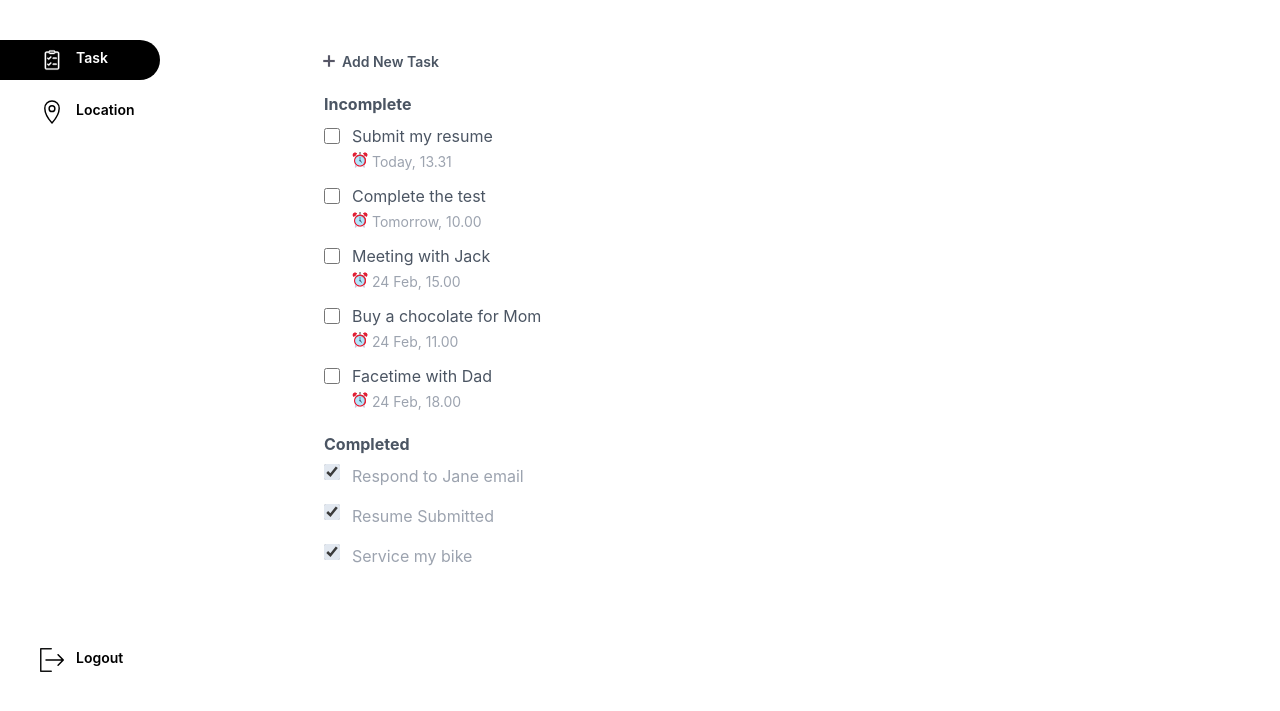
Repository: AroobaFatimah/Todo_App
Page: /tasks
An editor plug-in stored every save of this project. The page is shown before and after the next save, followed by the edit.
The browser window is 1280 px wide. The pictures show the whole page.
The project was rebuilt for these pictures with package versions that can differ from the ones it lists, and the page was loaded fresh each time. Also part of the build but not shown: src/components/password_input_field/index.js, src/pages/login/index.js, src/components/locations/index.js, src/pages/location/index.js, src/pages/signup/index.js. Imported but missing from the stored project, and not drawn on this page: src/components/button, src/components/input.

Above is the page before, as saved 2023-08-28 00:58:04.

### src/App.js

import './App.css';
import { Login } from "./pages/login"
import { TasksPage } from './pages/tasks_page';
import { LocationsPage } from './pages/location';
import { Signup } from "./pages/signup"
import {
  createBrowserRouter,
  RouterProvider,
  Route,
  Link,
  Routes,
} from "react-router-dom";
const router = createBrowserRouter([
  {
    path: "/",
    element: <Login></Login>,
  },
  {
    path: "/tasks",
    element: <TasksPage />,
  },
  {
    path: "/location",
    element: <LocationsPage />,
  },
  {
    path: "/signup",
    element: <Signup />,
  },

]);
function App() {
  return (
    <div>
      <RouterProvider router={router} />
    </div>
  );
}

export default App;

### src/pages/tasks_page/index.js
import React from 'react'
import { SideBar } from '../../components/sideBar'
import { Tasks } from '../../components/tasks'
export const TasksPage = () => {
    return (
        <>
            <div className='flex mt-5 mb-5'>
                <SideBar link1={"/tasks"} link2={"/location"} button1Styling="font-semibold flex bg-black w-1/2  px-4 py-2 pl-10 text-sm text-white rounded-full rounded-l-none mb-3" button2Styling='font-semibold flex w-1/2 px-4 py-2 pl-10 text-center text-sm ' button1IconClr="#fff" button2IconClr="#000"></SideBar>
                <Tasks></Tasks>
            </div>
        </>
    )
}

### src/components/sideBar/index.js
import React from 'react'
import { Link } from 'react-router-dom'

export const SideBar = ({ link1, link2, button1Styling, button2Styling, button1IconClr, button2IconClr }) => {
    return (
        <>
            <div className='md:w-1/2 lg:w-1/4 mt-5 mb-5 max-md:hidden'>
                <Link to={link1}><button className={`mb-2 ${button1Styling}`}><svg className='mr-3 stroke-5' fill="none" viewBox="0 0 20 20" width="24" height="24" xmlns="http://www.w3.org/2000/svg" ><path stroke={button1IconClr} stroke-width='0.3' d="M9.35355 7.85356C9.54881 7.65831 9.54882 7.34172 9.35357 7.14646C9.15831 6.95119 8.84173 6.95118 8.64646 7.14644L7.23436 8.55847L6.8372 8.19572C6.6333 8.0095 6.31704 8.02382 6.13081 8.22772C5.94459 8.43162 5.95891 8.74788 6.16281 8.9341L6.91281 9.6191C7.11021 9.79939 7.41451 9.79251 7.60355 9.60347L9.35355 7.85356ZM9.35357 12.1465C9.54882 12.3417 9.54881 12.6583 9.35355 12.8536L7.60355 14.6035C7.41451 14.7925 7.11021 14.7994 6.91281 14.6191L6.16281 13.9341C5.95891 13.7479 5.94459 13.4316 6.13081 13.2277C6.31704 13.0238 6.6333 13.0095 6.8372 13.1957L7.23436 13.5585L8.64646 12.1464C8.84173 11.9512 9.15831 11.9512 9.35357 12.1465ZM11 13C10.7239 13 10.5 13.2239 10.5 13.5C10.5 13.7761 10.7239 14 11 14H13.5C13.7761 14 14 13.7761 14 13.5C14 13.2239 13.7761 13 13.5 13H11ZM10.5 8.5C10.5 8.22386 10.7239 8 11 8H13.5C13.7761 8 14 8.22386 14 8.5C14 8.77614 13.7761 9 13.5 9H11C10.7239 9 10.5 8.77614 10.5 8.5ZM8.5 2C7.84689 2 7.29127 2.4174 7.08535 3H5.5C4.67157 3 4 3.67157 4 4.5V16.5C4 17.3284 4.67157 18 5.5 18H14.5C15.3284 18 16 17.3284 16 16.5V4.5C16 3.67157 15.3284 3 14.5 3H12.9146C12.7087 2.4174 12.1531 2 11.5 2H8.5ZM8 3.5C8 3.22386 8.22386 3 8.5 3H11.5C11.7761 3 12 3.22386 12 3.5C12 3.77614 11.7761 4 11.5 4H8.5C8.22386 4 8 3.77614 8 3.5ZM5.5 4H7.08535C7.29127 4.5826 7.84689 5 8.5 5H11.5C12.1531 5 12.7087 4.5826 12.9146 4H14.5C14.7761 4 15 4.22386 15 4.5V16.5C15 16.7761 14.7761 17 14.5 17H5.5C5.22386 17 5 16.7761 5 16.5V4.5C5 4.22386 5.22386 4 5.5 4Z" fill={button1IconClr} /></svg>Task</button></Link>
                <Link to={link2}><button className={button2Styling}><svg className='mr-3' enable-background="new 0 0 50 50" height="24px" id="Layer_1" version="1.1" viewBox="0 0 50 50" width="24px" xmlns="http://www.w3.org/2000/svg"><path d="M40,17  c0,13.604-15,31-15,31S10,30.928,10,17c0-8.285,6.715-15,15-15C33.284,2,40,8.715,40,17z" fill="none" stroke={button2IconClr} stroke-linejoin="round" stroke-miterlimit="10" stroke-width="3" /><circle cx="25" cy="18" fill="none" r="6" stroke={button2IconClr} stroke-linejoin="round" stroke-miterlimit="10" stroke-width="3" /></svg>Location</button></Link>
                <Link to={"/"}><button className='absolute bottom-10 font-semibold flex w-1/2 px-4 py-2 pl-10 text-center text-sm '><svg className='mr-3' enable-background="new 0 0 24 24" height="24px" version="1.1" viewBox="0 0 32 32" width="24px" xmlns="http://www.w3.org/2000/svg"><path d="M15,30H2V2h13c0.552,0,1-0.448,1-1s-0.448-1-1-1H1C0.448,0,0,0.448,0,1v30c0,0.552,0.448,1,1,1h14   c0.552,0,1-0.448,1-1S15.552,30,15,30z" fill="#121313" /><path d="M31.71,15.302l-6.9-6.999c-0.391-0.395-1.024-0.394-1.414,0c-0.391,0.394-0.391,1.034,0,1.428l5.2,5.275   H8.003c-0.552,0-1,0.452-1,1.01c0,0.558,0.448,1.01,1,1.01h20.593l-5.2,5.275c-0.391,0.395-0.391,1.034,0,1.428   c0.391,0.395,1.024,0.395,1.414,0l6.899-6.999C32.095,16.341,32.099,15.69,31.71,15.302z" fill="#000" /></svg>Logout</button></Link>
            </div>
        </>
    )
}

### src/components/tasks/index.js
import React from 'react'
import { useState } from 'react'
import { useEffect } from 'react'
import clockIcon from "./alarmClockIcon.png"
import SummaryIcon from "./summaryIcon.png"
import DescriptionIcon from "./descriptionIcon.png"
import ClockIcon from "./dueDateIcon.png"
import AlarmClock from "./alarm-clock.png"
import Menu from "./menu.png"

import { MobileMenu } from '../mobileMenu'

export const Tasks = ({ checked }) => {
    let tasks = [
        {
            id: 1,
            summary: "Submit my resume",
            desc: "Send resume to head office",
            deadline: "Today, 13.31"
        },
        {
            id: 2,
            summary: "Complete the test",
            desc: "Complete the test and submit",
            deadline: "Tomorrow, 10.00"
        },
        {
            id: 3,
            summary: "Meeting with Jack",
            desc: "Meeting with Jack on google meet",
            deadline: "24 Feb, 15.00"
        },
        {
            id: 4,
            summary: "Buy a chocolate for Mom",
            desc: "Go to shop to buy a chocolate for Mom",
            deadline: "24 Feb, 11.00"
        },
        {
            id: 5,
            summary: "Facetime with Dad",
            desc: "Facetime with Dad",
            deadline: "24 Feb, 18.00"
        },
    ];
    let completedTasks = [
        {
            id: 1,
            summary: "Respond to Jane email",
            deadline: "Today, 17:00"
        },
        {
            id: 2,
            summary: "Resume Submitted",
            deadline: "Today, 17:00"
        },
        {
            id: 3,
            summary: "Service my bike",
            deadline: "Today, 17:00"
        },
    ]

    let [clicked, setClicked] = useState(false);
    let [summary, setSummary] = useState("");
    let [description, setDescription] = useState("");
    let [dueDate, setDueDate] = useState("");
    let addTask = (event) => {
        event.preventDefault();
        let obj = {
            id: items[items.length - 1].id + 1,
            summary: summary,
            desc: description,
            deadline: dueDate
        }
        console.log(obj);
        items.push(obj);
        setItems([...items]);
        setIsModalOpen(false);
    }

    const [isModalOpen, setIsModalOpen] = useState(false);
    let closeModal = () => {
        setIsModalOpen(false);
        setSummary("");
        setDescription("");
        setDueDate("");
    }
    let selectedItemIndex;
    const [items, setItems] = useState(tasks);
    const [completedItems, setCompletedItems] = useState(completedTasks);
    let [selectedItem, setSelectedItem] = useState({});
    let [unCheck, setUnCheck] = useState(true);
    let moveTaskToIncompletedTaskList = (id) => {
        if (unCheck) {
            //setUnCheck(false);
            selectedItem = completedItems.find(item => item.id === id);
            selectedItemIndex = completedItems.indexOf(selectedItem);
            completedItems.splice(selectedItemIndex, 1);
            setCompletedItems([...completedItems])
            selectedItem.id = items[items.length - 1].id + 1
            items.push(selectedItem);
            setItems([...items]);
        }
    }

    let taskCompleted = (id) => {
        selectedItem = items.find(item => item.id === id);
        selectedItemIndex = items.indexOf(selectedItem);
        items.splice(selectedItemIndex, 1);
        setItems([...items]);
        selectedItem.id = completedItems[completedItems.length - 1].id + 1
        completedItems.push(selectedItem);
        setCompletedItems([...completedItems]);
    }

    let [showAlarm, setShowAlarm] = useState(false);
    let [closeAlarm, setCloseAlarm] = useState(false);
    let [alarmSummary, setAlarmSummary] = useState("Submit Resume")
    let [alarmDesc, setAlarmDesc] = useState("Send resume to head office!")
    let [remindMeLater, setRemindMeLater] = useState(false);
    // let ShowAlarm = () => {
    //     let itemSelectedForAlarm;
    //     let d = new Date();
    //     let months = ["Jan", "Feb", "Mar", "Apr", "May", "Jun", "Jul", "Aug", "Sep", "Oct", "Nov", "Dec"]
    //     let currentDay = `${d.getDate()}-${months[d.getMonth()]}`;
    //     let currentTime = `${d.getHours()}:${d.getMinutes()}`
    //     let currentDate = `${currentDay}, ${currentTime}`
    //     console.log(currentDate)
    //     itemSelectedForAlarm = items.find(item => (currentDate == item.deadline))
    //     console.log(itemSelectedForAlarm)
    //     if (itemSelectedForAlarm == undefined) {
    //         setShowAlarm(false);
    //     }
    //     else {
    //         setShowAlarm(true)
    //         setAlarmSummary(itemSelectedForAlarm.summary)
    //         setAlarmDesc(itemSelectedForAlarm.desc)
    //         if (closeAlarm) {
    //             setShowAlarm(false);
    //         }
    //     }
    // }

    let ShowAlarm = () => {
        const currentDate = new Date();
        const currentYear = currentDate.getFullYear();
        const currentMonth = currentDate.getMonth();
        const currentDay = currentDate.getDate();
        const currentHour = currentDate.getHours();
        const currentMinute = currentDate.getMinutes();
        items.map(item => {
            let taskDeadline = item.deadline;
            if (!(taskDeadline instanceof Date)) {
                taskDeadline = new Date(taskDeadline);
            }
            const taskYear = taskDeadline.getFullYear();
            const taskMonth = taskDeadline.getMonth();
            const taskDay = taskDeadline.getDate();
            const taskHour = taskDeadline.getHours();
            let taskMinute = taskDeadline.getMinutes();

            if (currentYear == taskYear && currentMonth == taskMonth && currentDay == taskDay && currentHour == taskHour && currentMinute == taskMinute) {
                setShowAlarm(true)
                setAlarmSummary(item.summary)
                setAlarmDesc(item.desc)
                if (closeAlarm) {
                    setShowAlarm(false);
                }
            }
            else {
                setShowAlarm(false);
            }
        });
    }

    useEffect(() => {
        const intervalId = setInterval(ShowAlarm, 60000); // 60000 ms = 1 minute
        return () => {
            clearInterval(intervalId);
        };
    }, []);

    let [mobileMenu, setMobileMenu] = useState(false);
    return (
        <>
            {/*start menu for mobile and tablet */}
            <div className='fixed top-0 left-0 w-full flex justify-between items-center md:hidden bg-black text-white px-5 py-3'>
                <h2>Todo App</h2>
                <div className='w-5 h-5 '>
                    <img src={Menu} onClick={() => setMobileMenu(true)}></img>
                    <MobileMenu setMobileMenu={setMobileMenu} mobileMenu={mobileMenu} link1={"/tasks"} link2={"/location"} button1Styling="font-semibold flex bg-black w-full px-4 py-2 justify-center text-sm text-white mb-3" button2Styling='font-semibold flex w-full justify-center px-4 py-2 pl-10 text-center text-sm text-black ' button1IconClr="#fff" button2IconClr="#000" />
                </div>
            </div>
            {/*end menu for mobile and tablet */}
            <div className='flex w-3/4 '>
                <div className=' mt-8 mb-5 max-md:pl-5 max-md:mt-16'>
                    <button onClick={() => { setIsModalOpen(true) }} className="flex bg-white font-semibold text-sm text-gray-600" ><svg className='mr-1' enable-background="new 0 0 18 18" height="18px" id="Layer_1" version="1.1" viewBox="0 0 50 50" width="18px" xmlns="http://www.w3.org/2000/svg" ><rect fill="none" height="50" width="50" /><line fill="none" stroke="#575767" stroke-miterlimit="10" stroke-width="6" x1="9" x2="41" y1="25" y2="25" /><line fill="none" stroke="#575767" stroke-miterlimit="10" stroke-width="6" x1="25" x2="25" y1="9" y2="41" /></svg>Add New Task</button>
                    <div className='mt-5 ml-1'>
                        <h3 className='font-bold text-gray-600 mb-2'>Incomplete</h3>
                        <ul>
                            {items.map((item, index) => {
                                return (
                                    <>
                                        <li className='flex mb-3'>
                                            <input onClick={() => taskCompleted(item.id)} checked={(clicked) ? checked : ""} className='w-4 h-4 rounded-sm border border-gray-200 bg-gray-100 accent-slate-50 mr-3 mt-1' type='checkbox'></input>
                                            <div onClick={() => {
                                                setShowAlarm(true)
                                                setAlarmSummary(item.summary)
                                                setAlarmDesc(item.desc)
                                                if (closeAlarm) {
                                                    setShowAlarm(false);
                                                }
                                            }}>
                                                <h3
                                                    className='mb-1 text-semibold text-gray-600'>{item.summary}</h3>
                                                <div className='flex'>
                                                    <div className='w-5 h-5'>
                                                        <img src={AlarmClock} width={16} height={16} />
                                                    </div>
                                                    <h4 className=' text-sm text-gray-400'>{item.deadline}</h4>
                                                </div>
                                            </div>
                                        </li></>)
                            })}
                        </ul>
                    </div>
                    <div className='mt-5 ml-1'>
                        <h3 className='font-bold text-gray-600 mb-2'>Completed</h3>
                        <ul>
                            {completedItems.map(item => {
                                return (
                                    <li className='flex mb-3'>
                                        <input onClick={() => { moveTaskToIncompletedTaskList(item.id) }} className='w-4 h-4 mr-3 bg-white border border-gray-200 accent-slate-200' type='checkbox' checked></input>
                                        <div>
                                            <h3 className='mb-1 text-gray-400'>{item.summary}</h3>
                                        </div>
                                    </li>
                                );
                            })}
                        </ul>
                    </div>
                </div>
                <CreateModal addTask={addTask} isModalOpen={isModalOpen} closeModal={closeModal} setSummary={setSummary} setDescription={setDescription} setDueDate={setDueDate}
                />
                <div>
                    <Alarm setRemindMeLater={setRemindMeLater} setCloseAlarm={setCloseAlarm} ShowAlarm={ShowAlarm} showAlarm={showAlarm} setShowAlarm={setShowAlarm} taskSummary={alarmSummary} taskDesc={alarmDesc} />
                </div>
            </div>
        </>
    )
}

function CreateModal({ isModalOpen, closeModal, addTask, summary, setSummary, description, setDescription, dueDate, setDueDate }) {
    return (
        <>
            <div
                id="authentication-modal"
                aria-hidden="true"
                className={`backdrop-brightness-50 fixed flex justify-center items-center z-50 w-full p-4 overflow-x-hidden overflow-y-auto md:inset-0 h-[calc(100%-1rem)] max-h-full ${(isModalOpen ? " " : "hidden")
                    }`}
            >
                <div className=" relative max-w-lg max-h-full">
                    <div className="max-sm:w-80 relative bg-white rounded-lg shadow dark:bg-gray-700">
                        <div className="px-6 py-6 lg:px-8">
                            <h3 className="mb-4 text-md font-semibold text-gray-900 dark:text-white">
                                New Task
                            </h3>
                            <form className="space-y-6" onSubmit={addTask} >
                                <div className="mb-3 flex" >
                                    <div className='w-5 h-5 mr-3 mt-0.5'>
                                        <img src={SummaryIcon} />
                                    </div>
                                    <input onChange={(e) => setSummary(e.target.value)} type='text' placeholder='Summary' className='focus:outline-none' />
                                </div>
                                <hr className='text-gray-600' />
                                <div className="mb-3 flex">
                                    <div className='w-5 h-5 mr-3 mt-0.5'>
                                        <img src={DescriptionIcon} width="20px" height="20px" />
                                    </div>
                                    <textarea onChange={(e) => setDescription(e.target.value)} rows={3} cols={50} placeholder='Description' className='focus:outline-none' />
                                </div>
                                <hr className='text-gray-600' />
                                <div className="mb-3 flex">
                                    <div className='w-5 h-5 mr-3 mt-0.5'>
                                        <img className='mr-3' src={ClockIcon} width="20px" height="20px" />
                                    </div>
                                    <input type='datetime-local' onChange={(e) => {
                                        let deadline = e.target.value;
                                        deadline = deadline.split("T");
                                        deadline = deadline.join(", ");
                                        setDueDate(deadline);
                                    }} placeholder='Due Date' className='focus:outline-none' />
                                </div>
                                <hr className='text-gray-600' />
                                <div className="">
                                    <div className='flex justify-center'>
                                        <button type='submit' className='max-sm:px-24 bg-black text-white rounded-full px-32 py-2 mb-3 '>Save</button>
                                    </div>
                                    <div className='flex justify-center'>
                                        <button onClick={closeModal} type='button' className='bg-white text-black font-semibold mb-3 '>Cancel</button>
                                    </div>
                                </div>
                            </form>
                        </div>
                    </div>
                </div>
            </div>
        </>
    );
}

const Alarm = ({ setRemindMeLater, setCloseAlarm, ShowAlarm, showAlarm, setShowAlarm, taskSummary, taskDesc }) => {

    return (
        <>
            {console.log(ShowAlarm())}
            <div className={`absolute right-0 w-1/4 max-md:w-full max-md:mr-0 mt-5 mb-5 mr-3  ${(showAlarm) ? "" : "hidden"}`}>
                <div id="defaultModal" tabindex="-1" aria-hidden="true" className={`max-lg:backdrop-brightness-50 max-lg:fixed max-lg:flex max-lg:justify-center max-lg:items-center  z-50 w-full p-4 overflow-x-hidden overflow-y-auto md:inset-0 h-[calc(100%-1rem)] max-h-full ${(showAlarm) ? "" : "hidden"}`}>
                    <div className="relative w-full max-w-2xl max-h-full">
                        <div className="relative bg-white rounded-lg shadow dark:bg-gray-700">
                            <div className="p-5">
                                <div className='flex'>
                                    <div>
                                        <h3 className='text-md font-bold' taskSummary={taskSummary}>{taskSummary}</h3>
                                        <p className='text-gray-500' taskDesc={taskDesc}>{taskDesc}</p>
                                    </div>
                                    <div className='absolute right-5 rounded-xl bg-yellow-400'>
                                        <img className='m-3' src={clockIcon} width={24} height={24} />
                                    </div>
                                </div>

                            </div>
                            <div className="flex justify-end bg-gray-100 p-3 space-x-2 rounded-b dark:border-gray-600">
                                <button type='button' onClick={() => { setCloseAlarm(true); }} className='text-sm font-semibold text-black mr-3'>Skip</button>
                                <button type='button' onClick={() => { setCloseAlarm(true); setRemindMeLater(true) }} className='text-sm font-semibold text-black'>Remind me later</button>
                            </div>
                        </div>
                    </div>
                </div>

            </div>
        </>
    )
}

{/* {items.map(item => {
                        let result;
                        result = `Item deadline: ${item.deadline}\n`
                        let currentDay = "";
                        let d = new Date();
                        let months = ["Jan", "Feb", "Mar", "Apr", "May", "Jun", "Jul", "Aug", "Sep", "Oct", "Nov", "Dec"]
                        let AlarmDate = (item.deadline).split(", ");
                        let AlarmDay = AlarmDate[0].split("-")
                        if (AlarmDay.length == 3) {
                            currentDay = `${d.getDate()}-${months[d.getMonth()]}-${(d.getFullYear())}`
                        }
                        else {
                            currentDay = `${d.getDate()}-${months[d.getMonth()]}`
                        }

                        let currentTime = `${d.getHours()}:${d.getMinutes()}`
                        let currentDate = `${currentDay}, ${currentTime}`
                        result += "Current Date: " + currentDate + "\n";
                        if (currentDate == item.deadline) {
                            setShowAlarm(true);
                            return

                        }
                        console.log(result);
                    })}; */}

### tailwind.config.js
/** @type {import('tailwindcss').Config} */
module.exports = {
  content: [
    "./src/**/*.{js,jsx,ts,tsx}",
  ],
  theme: {
    extend: {
      screens: {
        'sm': '481px',   // Small screens (e.g., mobile)
        'md': '789px',   // Medium screens (e.g., tablet)
        'lg': '1024px', // Large screens
        'xl': '1369px',  //extra Large screens (e.g., desktop)
      },
    },
  },
  plugins: [],
}

Loaded but not shown: public/index.html (common file); src/index.js (common file); src/index.css (common file); src/reportWebVitals.js (common file); src/App.css (common file); src/components/mobileMenu/index.js (31 lines, source omitted)

After the next save:
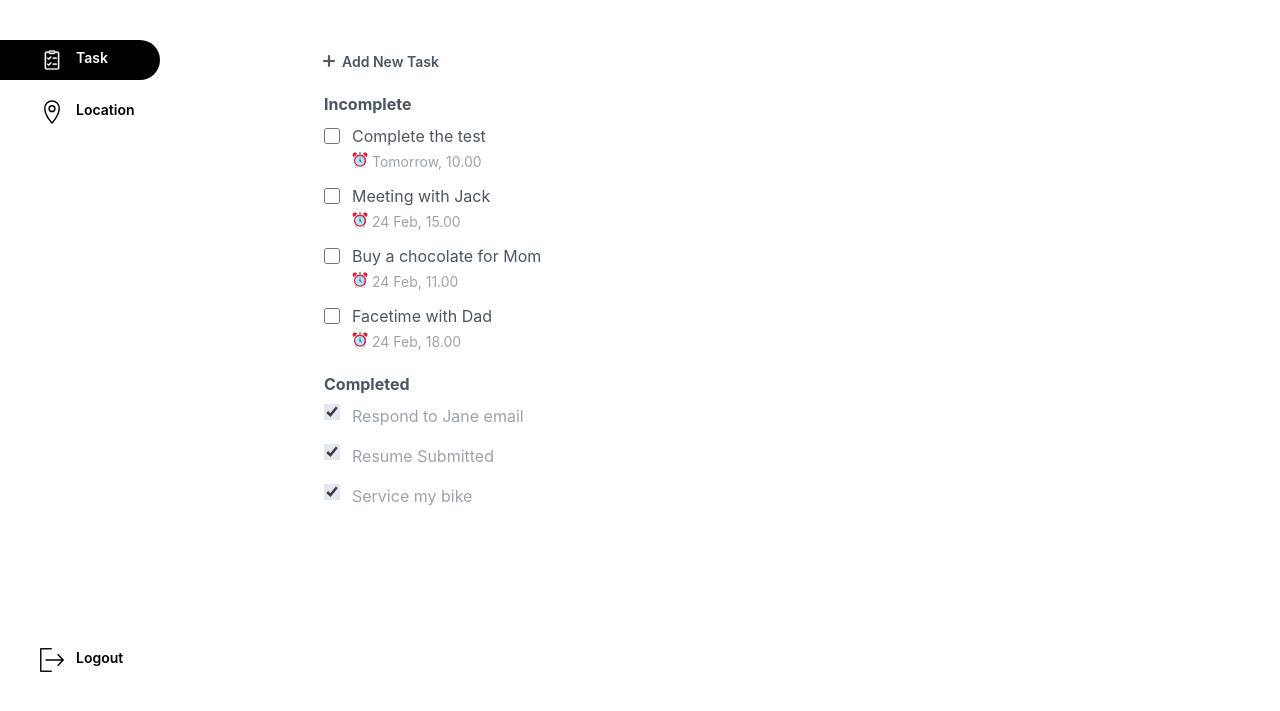
Saved 4 min 1 s later.
--- a/src/components/tasks/index.js
+++ b/src/components/tasks/index.js
@@ -12,12 +12,6 @@ import { MobileMenu } from '../mobileMenu'
 
 export const Tasks = ({ checked }) => {
     let tasks = [
-        {
-            id: 1,
-            summary: "Submit my resume",
-            desc: "Send resume to head office",
-            deadline: "Today, 13.31"
-        },
         {
             id: 2,
             summary: "Complete the test",
